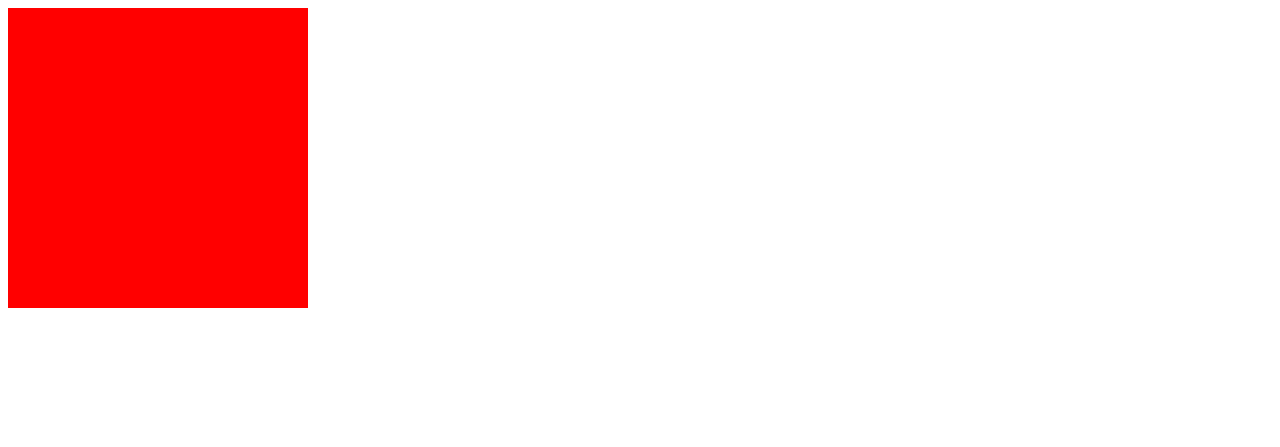
Repository: yesohnuki/shinya-ohnuki
Page: box/box.html
The author's editor kept a record of every edit. The page is drawn from the files as they stood at one moment, then again after the next edit.
The browser window is 1280 px wide. The pictures show the whole page.

Above is the page before.

### box/box.html
<!DOCTYPE html>
<html lang="ja">
  <head>
    <meta charset="UTF-8" />
    <!-- CSSファイルの読み込み -->
    <link rel="stylesheet" href="box.css" />
    <title>BOX</title>
  </head>

  <body>
    <!-- box1用のdiv -->
    <div class="box1"></div>
  </body>
</html>

### box/box.css
.box1 {
  width: 300px;
  height: 300px;
}
.box1 {
  width: 300px;
  height: 300px;
  background-color: red;
}

.box2 {
  width: 100px;
  height: 100px;
  background-color: blue;
}

After the next edit:
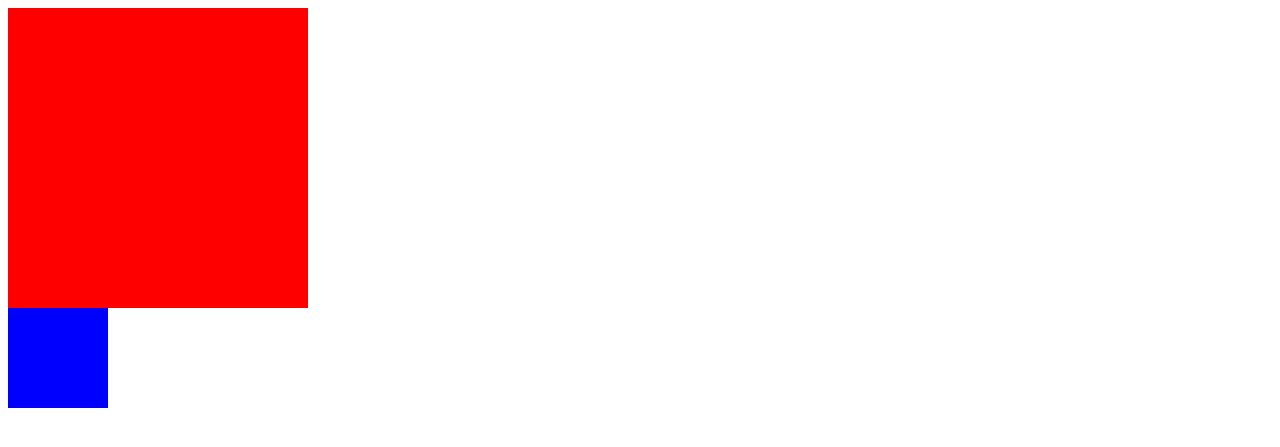
The edit:
--- a/box/box.html
+++ b/box/box.html
@@ -10,5 +10,7 @@
   <body>
     <!-- box1用のdiv -->
     <div class="box1"></div>
+     <div class="box2"></div>
+    <div>
   </body>
 </html>
